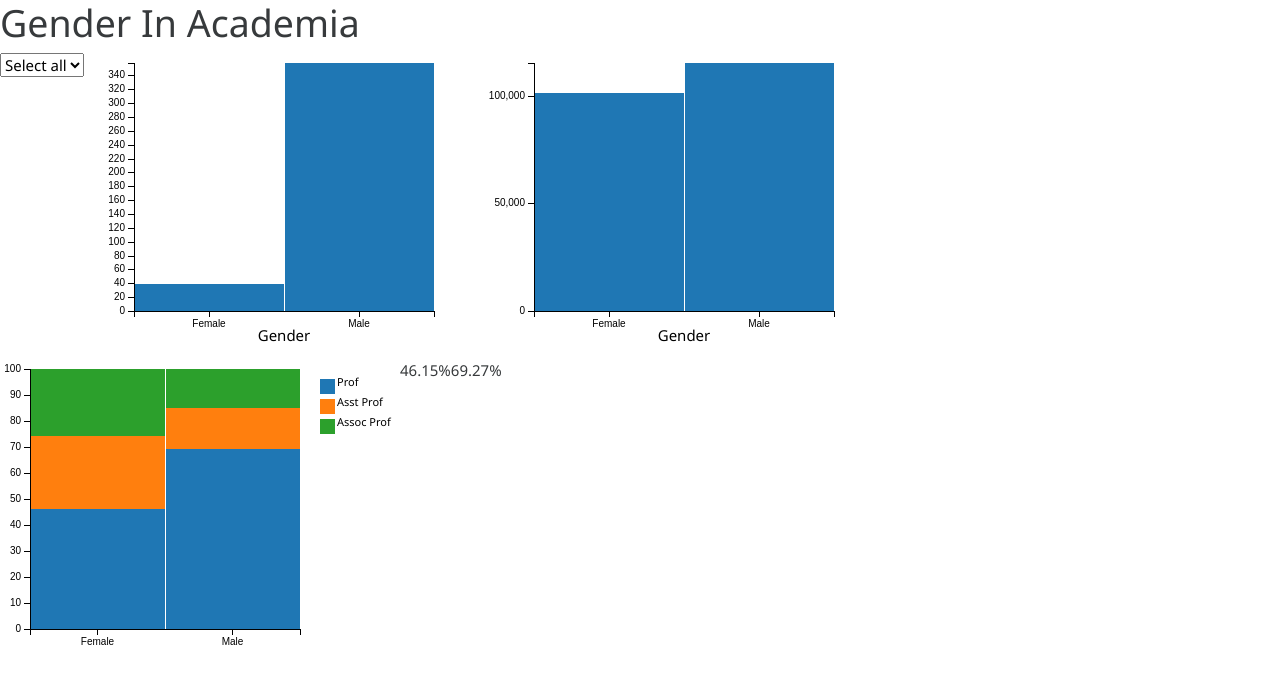
Repository: MartinCurran28/Dashboard
Page: index.html
The author's editor kept a record of every edit. The page is drawn from the files as they stood at one moment, then again after the next edit.
The browser window is 1280 px wide. The pictures show the whole page.

Above is the page before.
Console error: TypeError: Cannot read properties of null (reading 'textContent')
Not found: Static

After the next edit:
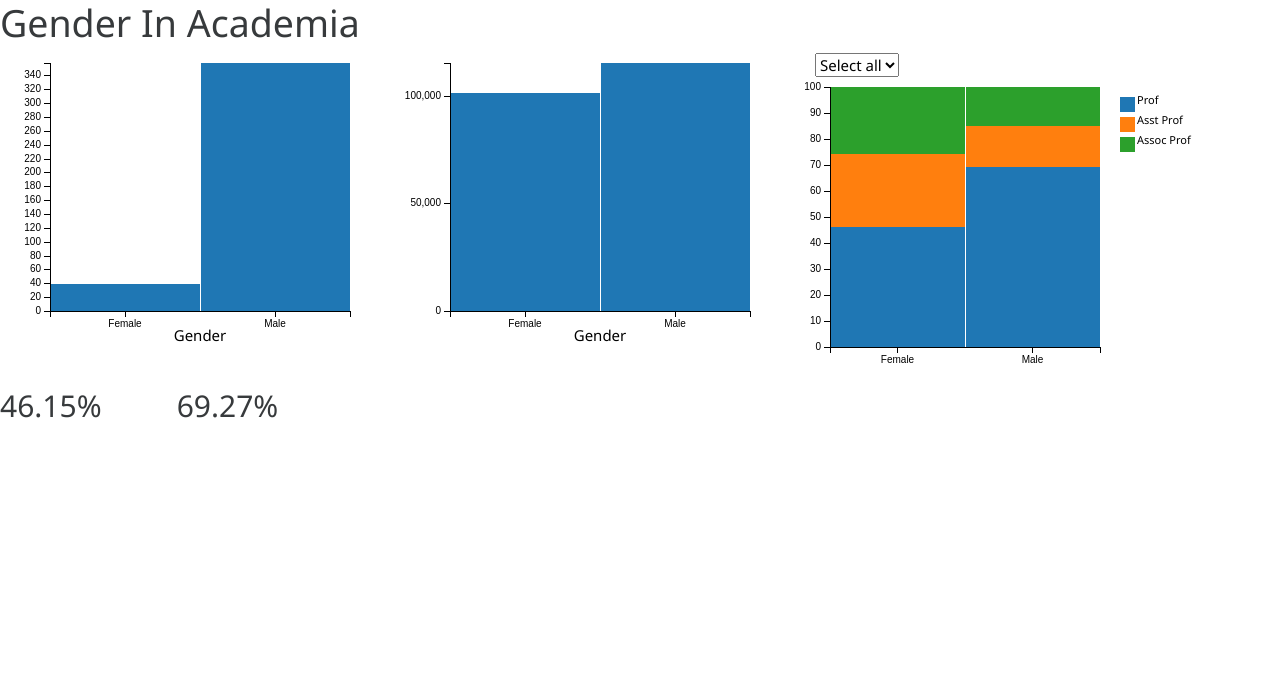
The edit:
--- a/index.html
+++ b/index.html
@@ -8,7 +8,7 @@
 
     <link rel="stylesheet" href="Static/css/bootstrap.min.css" type="text/css" />
     <link rel="stylesheet" href="Static/css/dc.min.css" type="text/css" />
-    <link rel="stylesheet" href="Static" type="text/css" />
+    <link rel="stylesheet" href="Static/css/style.css" type="text/css" />
 
     <script type="text/javascript" src="static/js/d3.min.js"></script>
     <script type="text/javascript" src="static/js/crossfilter.min.js"></script>
